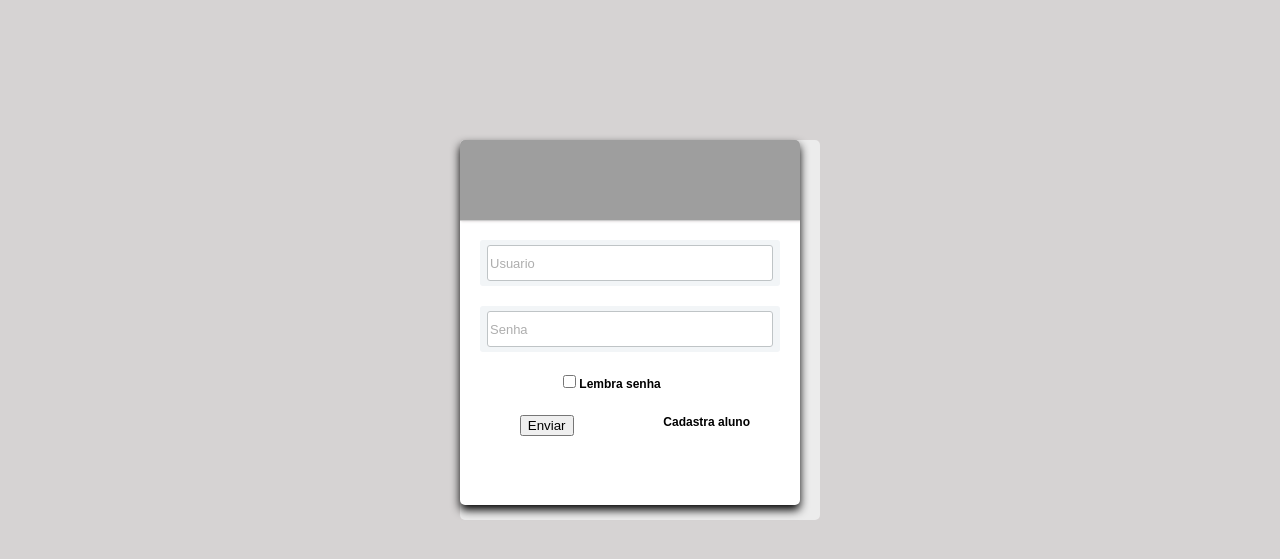
Repository: luisjonson/ProjetoWebAcademia
Page: http://localhost/RepositorioWebProject/Login.jsp
The author's editor kept a copy of each file at every save. The page is drawn from the files as they stood at one save, then again after the next save.
The browser window is 1280 px wide. The pictures show the whole page.
Pictures or frames that could not be fetched are drawn as grey boxes. The page is served by Tomcat 9.

Above is the page before, as saved 2017-04-10 02:00:03.

After the next save:
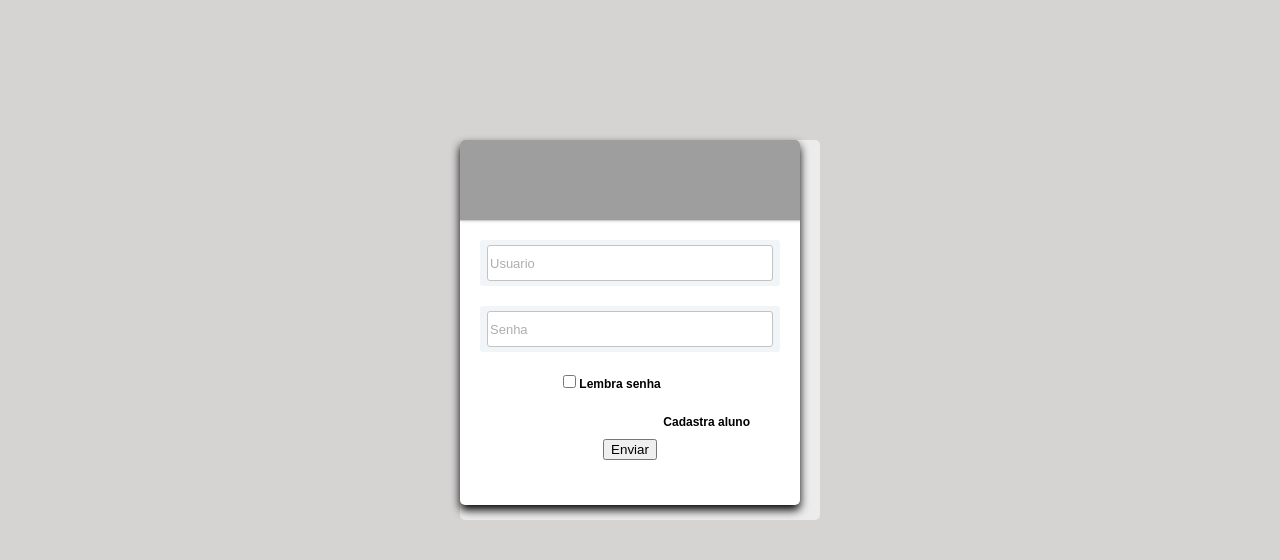
Saved 30 s later.
--- a/Projeto_Web/RepositorioWebProject/WebContent/Login.jsp
+++ b/Projeto_Web/RepositorioWebProject/WebContent/Login.jsp
@@ -124,7 +124,7 @@ body {
 
                   <div id="lembra-senha"><input type="checkbox"/>Lembra senha</div><br><br>
                   <div id="CadastraAluno">Cadastra aluno</div>
-                  </div>
+                  </div><br><br>
                    <div id="botao" ><input type="submit" name="enviar" value="Enviar"></div>
               </div>
          </div>
